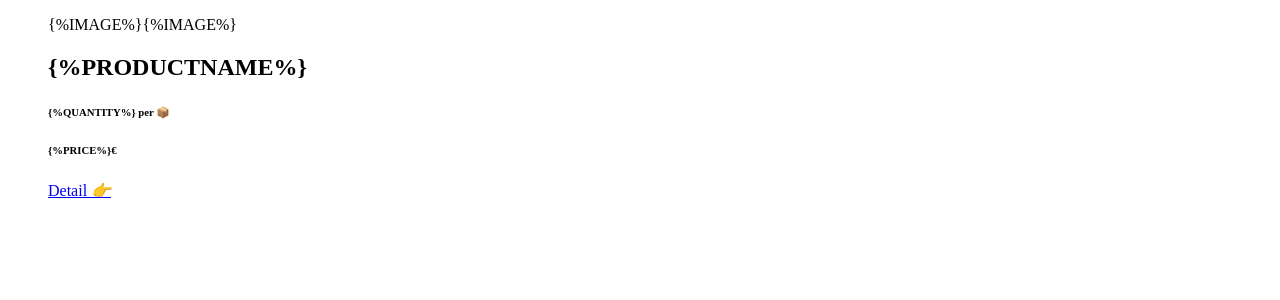
Repository: TranMinhMan040702/nodeJS_UDM
Page: templates/template-card.html
These files come from the project's save history. The page is drawn as it stood at one moment and after the next save; the edit follows.
The browser window is 1280 px wide. The pictures show the whole page.

Above is the page before, as saved 2022-09-16 21:17:15.

### templates/template-card.html
<figure class="card">
    <div class="card__emoji">{%IMAGE%}{%IMAGE%}</div>

    <div class="card__title-box">
        <h2 class="card__title">{%PRODUCTNAME%}</h2>
    </div>

        <div class="card__detail-box {%NOT_ORGANIC%}">
            <h6 class="card__detail">{%QUANTITY%} per 📦</h6>
        </div>

        <div class="card__detail-box">
            <h6 class="card__detail card__detail--price">{%PRICE%}€</h6>
        </div>
    </div>

    <a class="card__link" href="/product?id={%ID%}">
        <span>Detail <i class="emoji-right">👉</i></span>
    </a>
</figure>

After the next save:
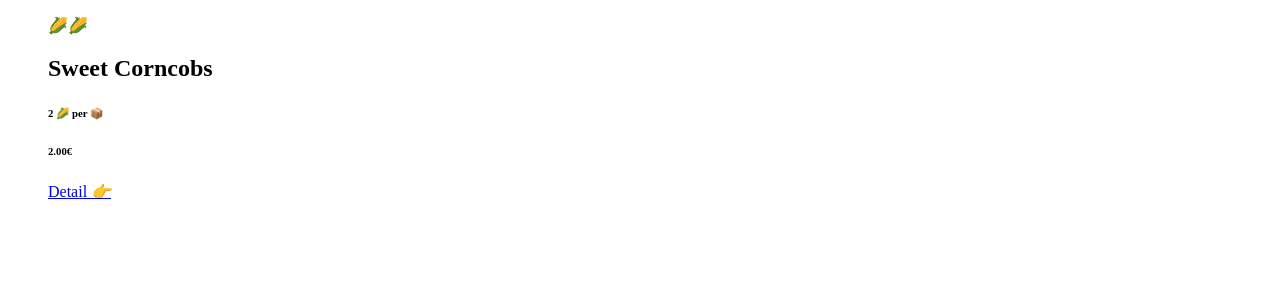
Saved 31 s later.
--- a/templates/template-card.html
+++ b/templates/template-card.html
@@ -1,20 +1,22 @@
 <figure class="card">
-    <div class="card__emoji">{%IMAGE%}{%IMAGE%}</div>
-
+    <div class="card__emoji">🌽🌽</div>
     <div class="card__title-box">
-        <h2 class="card__title">{%PRODUCTNAME%}</h2>
+        <h2 class="card__title">Sweet Corncobs</h2>
     </div>
 
-        <div class="card__detail-box {%NOT_ORGANIC%}">
-            <h6 class="card__detail">{%QUANTITY%} per 📦</h6>
+    <div class="card__details">
+        <div class="card__detail-box">
+            <h6 class="card__detail">2 🌽 per 📦</h6>
         </div>
 
         <div class="card__detail-box">
-            <h6 class="card__detail card__detail--price">{%PRICE%}€</h6>
+            <h6 class="card__detail card__detail--price">
+                2.00€
+            </h6>
         </div>
     </div>
 
-    <a class="card__link" href="/product?id={%ID%}">
+    <a class="card__link" href="#">
         <span>Detail <i class="emoji-right">👉</i></span>
     </a>
 </figure>
